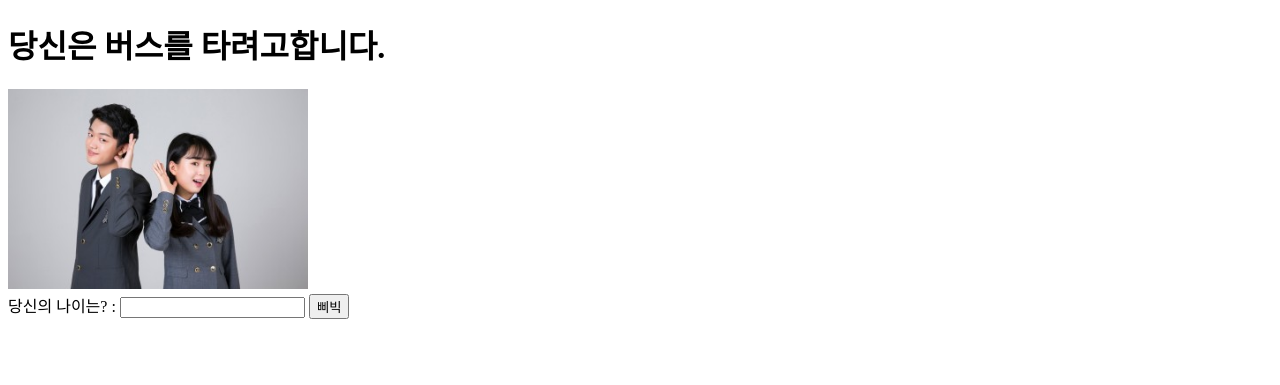
Repository: lee-ruru/jsp_practice
Page: http://localhost/JSPBasic/JspObject/4.objecttest/bus_form.jsp
The author's editor kept a copy of each file at every save. The page is drawn from the files as they stood at one save, then again after the next save.
The browser window is 1280 px wide. The pictures show the whole page.
The page is served by Tomcat 9.

Above is the page before, as saved 2022-02-07 05:29:03.

After the next save:
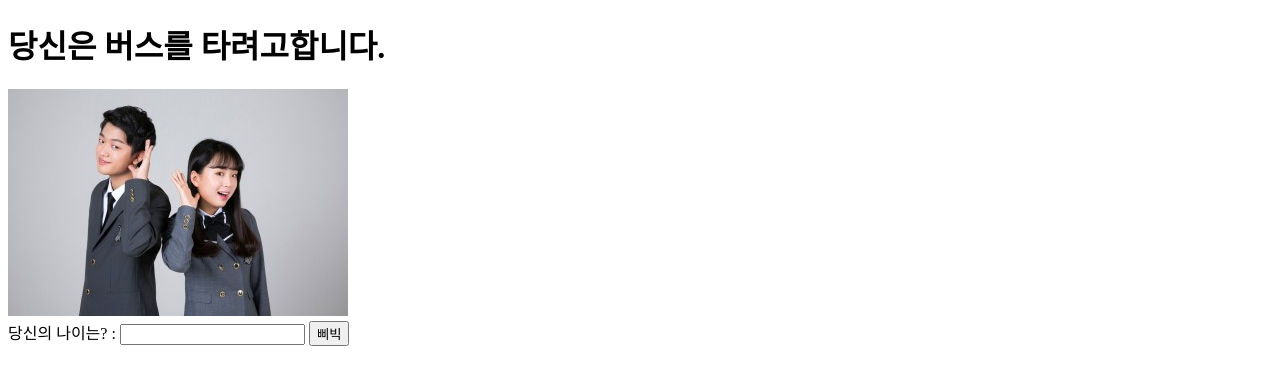
Saved 3 min 58 s later.
--- a/JSPBasic/src/main/webapp/JspObject/4.objecttest/bus_form.jsp
+++ b/JSPBasic/src/main/webapp/JspObject/4.objecttest/bus_form.jsp
@@ -8,7 +8,7 @@
 </head>
 <body>
 	<h1>당신은 버스를 타려고합니다.</h1>
-	<img src="repository/junior.jpg" width="300px" height="200px">
+	<img src="repository/junior.jpg">
 	<form action = "bus_check.jsp">
 	당신의 나이는? : <input type="text" name="age"/>
 	<input type = "submit" value="삐빅"/>

After the save that followed:
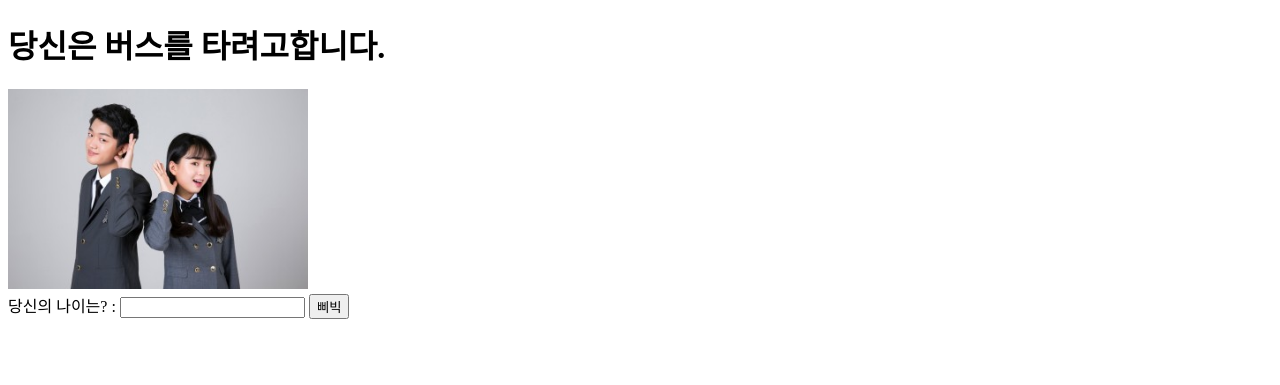
Saved 9 s later.
--- a/JSPBasic/src/main/webapp/JspObject/4.objecttest/bus_form.jsp
+++ b/JSPBasic/src/main/webapp/JspObject/4.objecttest/bus_form.jsp
@@ -8,7 +8,7 @@
 </head>
 <body>
 	<h1>당신은 버스를 타려고합니다.</h1>
-	<img src="repository/junior.jpg">
+	<img src="repository/junior.jpg" width="300px" height="200px">
 	<form action = "bus_check.jsp">
 	당신의 나이는? : <input type="text" name="age"/>
 	<input type = "submit" value="삐빅"/>
